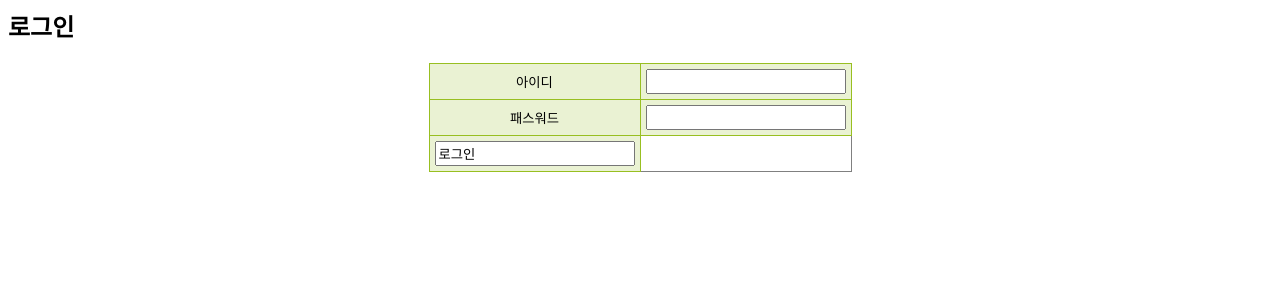
Repository: lmcoa15/Movie
Page: http://localhost/movie/login/login_user.jsp
The author's editor kept a copy of each file at every save. The page is drawn from the files as they stood at one save, then again after the next save.
The browser window is 1280 px wide. The pictures show the whole page.
The page is served by Tomcat 9.

Above is the page before, as saved 2015-12-05 13:32:54.

After the next save:
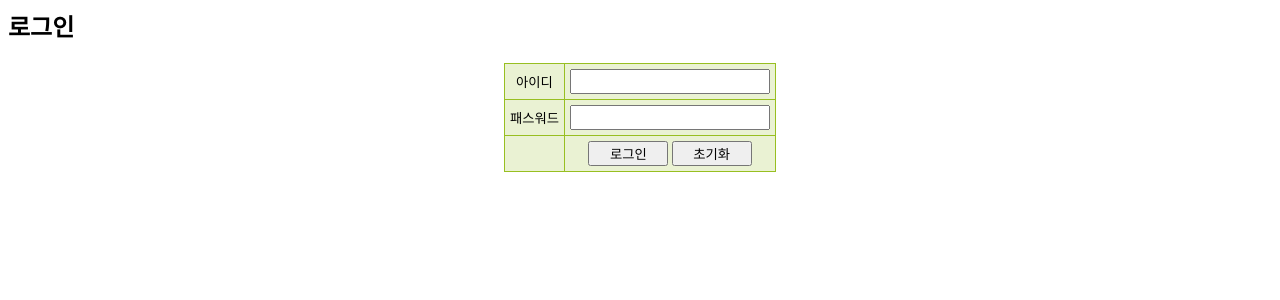
Saved 4 min 54 s later.
--- a/workspace/movie/WebContent/login/login_user.jsp
+++ b/workspace/movie/WebContent/login/login_user.jsp
@@ -9,7 +9,7 @@
 </head>
 <body>
 <h2>로그인</h2>
-	<form method ="post" action="reserve_user.jsp" name="form1">
+	<form method ="post" action="../reserve/reserve_user.jsp" name="form1">
 	<table width="250" border="1"align="center" cellspacing="0"
 												cellpadding="5">
 
@@ -24,8 +24,10 @@
 	</tr>
 
 	<tr>
-	<td colsapn="2" align="center">
-	<input type="subimt" name="Submit" value="로그인"></td>
+		<td></td>
+		<td><input type="button" name="login_button" value="로그인" size=1>
+			<input type="button" name="initialization_button" value="초기화" size=1>
+		</td>
 	</tr>
 </table>
 </form>
